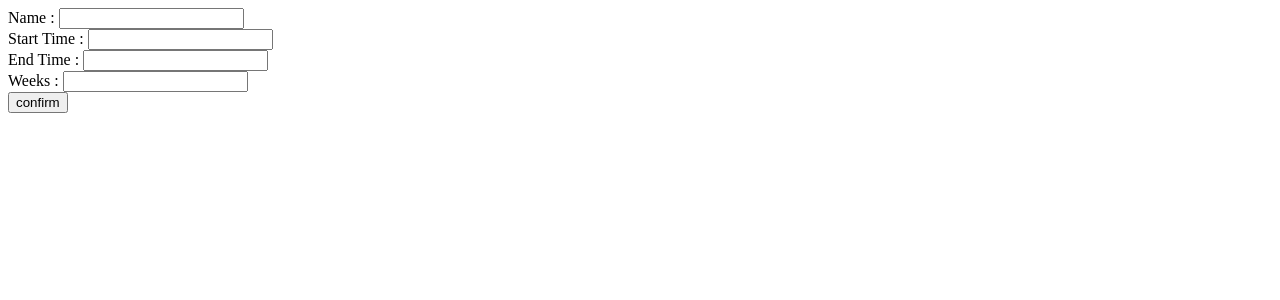
Repository: wurikiji/ttFS
Page: hunbag/webapp/TimetableFilesystem/index.html
An editor plug-in stored every save of this project. The page is shown before and after the next save, followed by the edit.
The browser window is 1280 px wide. The pictures show the whole page.

Above is the page before, as saved 2014-12-07 05:48:43.

After the next save:
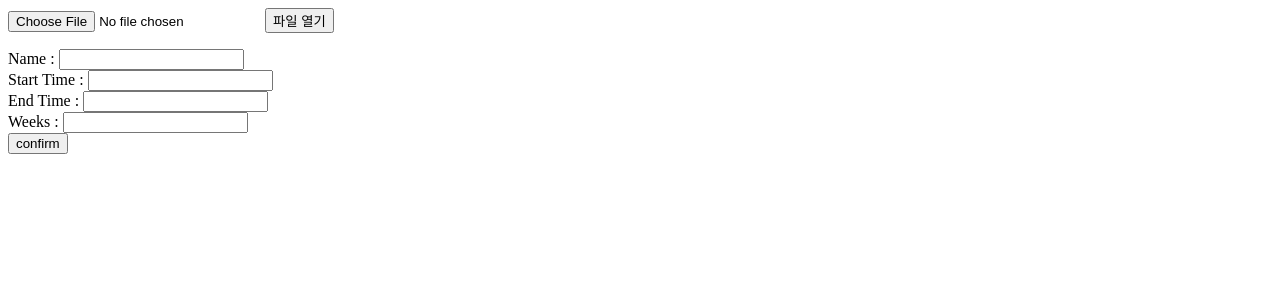
Console error: SyntaxError: Unexpected token ';'
Saved 32 min 27 s later.
--- a/hunbag/webapp/TimetableFilesystem/index.html
+++ b/hunbag/webapp/TimetableFilesystem/index.html
@@ -5,12 +5,28 @@
 </head>
 
 <body>
-	<form>
-		Name : <input type="text" name="Name"><br>
-		Start Time : <input type="text" name="StartTime"><br>
-		End Time : <input type="text" name="EndTime"><br>
-		Weeks : <input type="text" name="Weeks"><br>
-		<input type="button" VALUE="confirm" onclick="func(this.form.Name, this.form.StartTime, this.form.EndTime, this.form.Weeks);">
-	</form>
+
+<SCRIPT>
+ function displayLocalFile (strFileName) {
+  var url = 'file:///' + strFileName;
+  //넷스케이프의 경우...
+  if (document.layers &anp;&anp; location.protocol.toLowerCase() != 'file:' &anp;&anp; navigator.javaEnabled())
+  netscape.security.PrivilegeManager.enablePrivilege('UniversalFileRead');
+  open (url, 'preview');
+ }
+ </SCRIPT>
+
+<FORM NAME="myForm">
+	<INPUT TYPE="file" NAME="myFile"> <INPUT TYPE="BUTTON"
+		VALUE="파일 열기" ONCLICK="displayLocalFile(this.form.myFile.value);">
+</FORM>
+
+<form>
+	Name : <input type="text" name="Name"><br>
+	Start Time : <input type="text" name="StartTime"><br>
+	End Time : <input type="text" name="EndTime"><br>
+	Weeks : <input type="text" name="Weeks"><br>
+	<input type="button" VALUE="confirm" onclick="func(this.form.Name, this.form.StartTime, this.form.EndTime, this.form.Weeks);">
+</form>
 </body>
 </html>
--- a/hunbag/webapp/TimetableFilesystem/js/test.js
+++ b/hunbag/webapp/TimetableFilesystem/js/test.js
@@ -1,9 +1,10 @@
-
-function clicked()
+function Timetable_info()
 {
-	alert("Thanks");
+	var name;
+	var StartTime;
+	var EndTime;
+	var Weeks;
 }
-
 function func(Name, StartTime, EndTime, Weeks)
 {
 	alert("Name : " + Name.value);
